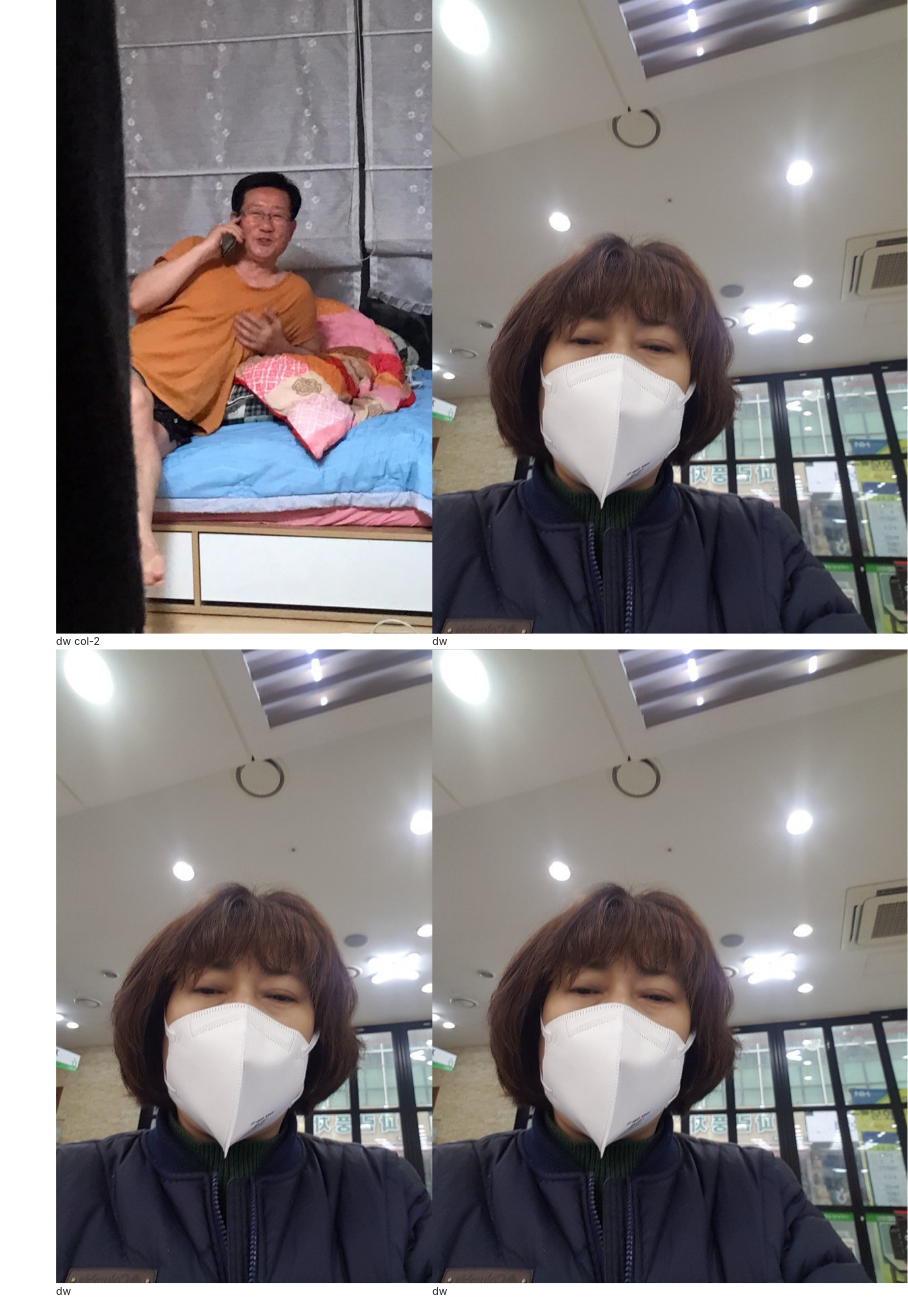
Repository: seungminlll3420/ruby_on_rails
Page: wep.html
The author's editor kept a record of every edit. The page is drawn from the files as they stood at one moment, then again after the next edit.
The browser window is 1280 px wide. The page is 1375 px wide, so the pictures cover 1375 px, including what lies to the right of the window. The pictures show the whole page, at 66% of full size.

Above is the page before.

### wep.html

</html>
<!doctype html>
<html lang="en">
  <head>
    <!-- Required meta tags -->
    <meta charset="utf-8">
    <meta name="viewport" content="width=device-width, initial-scale=1, shrink-to-fit=no">

    <!-- Bootstrap CSS -->
    <link rel="stylesheet" href="https://stackpath.bootstrapcdn.com/bootstrap/4.4.1/css/bootstrap.min.css" integrity="sha384-Vkoo8x4CGsO3+Hhxv8T/Q5PaXtkKtu6ug5TOeNV6gBiFeWPGFN9MuhOf23Q9Ifjh" crossorigin="anonymous">

    <title>Hello, world!</title>
  </head>
  <body>
      <div class="container">
        <div class="row">
            <div class="col-6" style="">
                <img src="./img/이종호.jpg">dw</img>
                col-2
            </div>
            <div class="col-6" style="">
                <img src="./img/길숙희.jpg">dw</img>
            </div>

        </div>
        <div class="row">
            <div class="col-6" style="">
               <img src="./img/길숙희.jpg">dw</img>
            </div>
            <div class="col-6" style="">
                <img src="./img/길숙희.jpg">dw</img>
            </div>
        </div>
    </div>
    <!-- Optional JavaScript -->
    <!-- jQuery first, then Popper.js, then Bootstrap JS -->
    <script src="https://code.jquery.com/jquery-3.4.1.slim.min.js" integrity="sha384-J6qa4849blE2+poT4WnyKhv5vZF5SrPo0iEjwBvKU7imGFAV0wwj1yYfoRSJoZ+n" crossorigin="anonymous"></script>
    <script src="https://cdn.jsdelivr.net/npm/popper.js@1.16.0/dist/umd/popper.min.js" integrity="sha384-Q6E9RHvbIyZFJoft+2mJbHaEWldlvI9IOYy5n3zV9zzTtmI3UksdQRVvoxMfooAo" crossorigin="anonymous"></script>
    <script src="https://stackpath.bootstrapcdn.com/bootstrap/4.4.1/js/bootstrap.min.js" integrity="sha384-wfSDF2E50Y2D1uUdj0O3uMBJnjuUD4Ih7YwaYd1iqfktj0Uod8GCExl3Og8ifwB6" crossorigin="anonymous"></script>
  </body>
</html>

After the next edit:
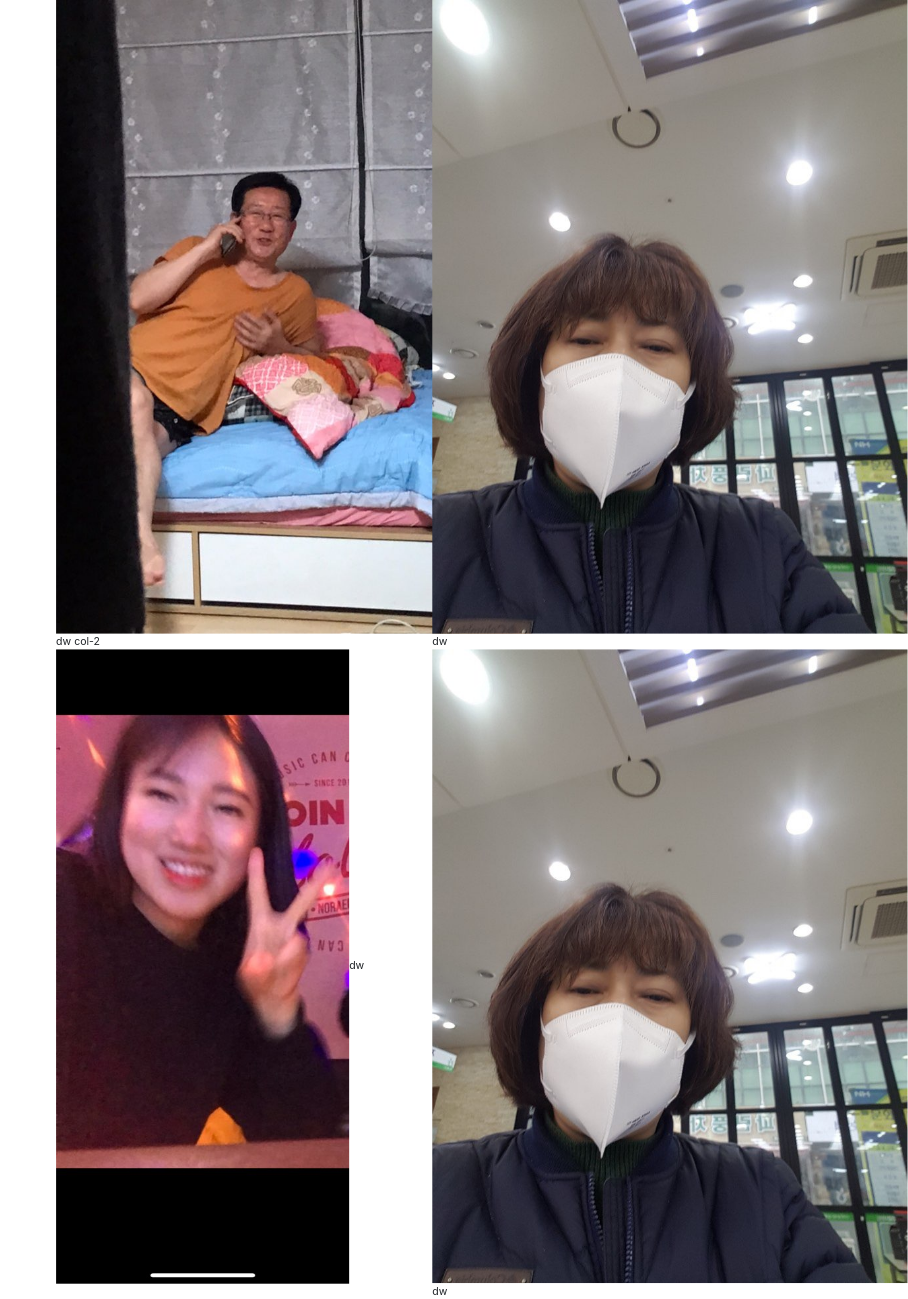
The edit:
--- a/wep.html
+++ b/wep.html
@@ -26,7 +26,7 @@
         </div>
         <div class="row">
             <div class="col-6" style="">
-               <img src="./img/길숙희.jpg">dw</img>
+                <img src="./img/이지영.jpg">dw</img>
             </div>
             <div class="col-6" style="">
                 <img src="./img/길숙희.jpg">dw</img>
